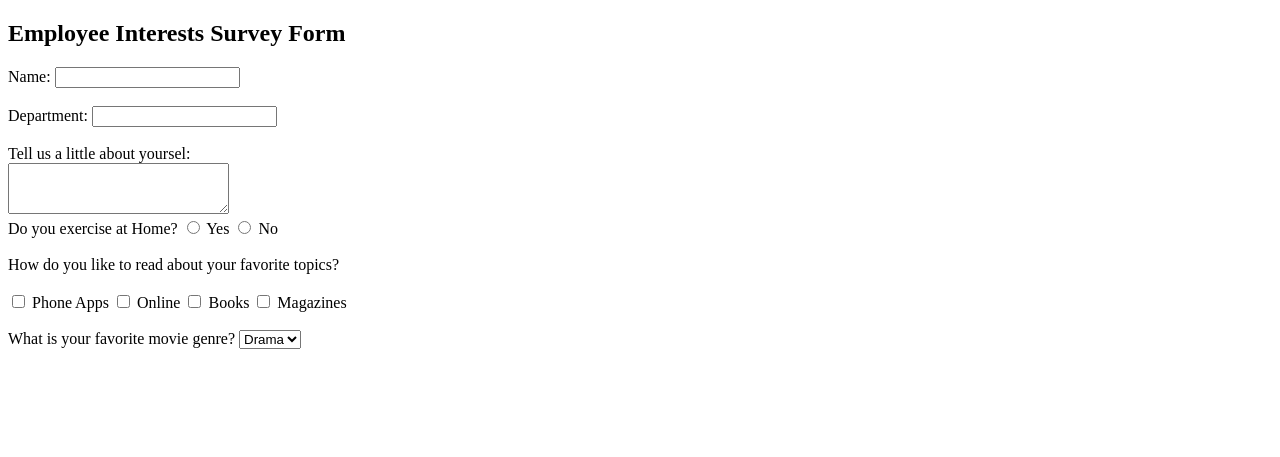
Repository: JoaoLemesDEV/Exercise-Survey-Form
Page: index.html
The author's editor kept a copy of each file at every save. The page is drawn from the files as they stood at one save, then again after a run of saves.
The browser window is 1280 px wide. The pictures show the whole page.

Above is the page before, as saved 2021-10-10 18:32:53.

### index.html
<!DOCTYPE html>
<html lang="en">
<head>
  <meta charset="UTF-8">
  <meta http-equiv="X-UA-Compatible" content="IE=edge">
  <meta name="viewport" content="width=device-width, initial-scale=1.0">
  <title>Survey Form</title>
</head>
<body>
  <form action="">
  <h2>Employee Interests Survey Form</h2>
  <label for="name">Name: </label>
  <input type="text" name="name" id=""><br><br>
  <label for="dep">Department:</label>
  <input type="text" name="dep" id=""><br><br>
  <label for="comment">Tell us a little about yoursel:</label><br>
  <textarea name="comment" id="comment" cols="25" rows="3"></textarea><br>
  <label for="question01">Do you exercise at Home?</label>
    <input type="radio" name="question01" id="question01">
      <label for="question01">Yes</label>
    <input type="radio" name="question01" id="question01">
      <label for="question01">No</label><br><br>
  <label for="">How do you like to read about your favorite topics?</label><br><br>
  <input type="checkbox" name="" id="">
    <label for="">Phone Apps</label>
  <input type="checkbox" name="" id="">
    <label for="">Online</label>
  <input type="checkbox" name="" id="">
    <label for="">Books</label>
  <input type="checkbox" name="" id="">
    <label for="">Magazines</label><br><br>
  <label for="">What is your favorite movie genre?</label>
  <select name="" id="">
    <option value="">Drama</option>
    <option value="">Terror</option>
    <option value=""></option>
  </select>
</form>
</body>
</html>

After the next 4 saves:
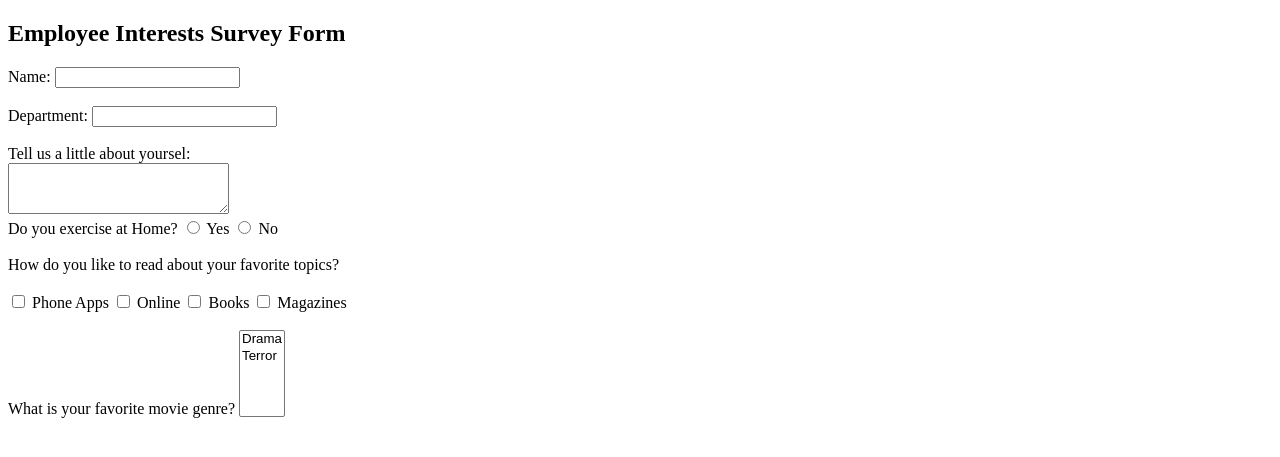
The 4 saves are shown as one change because they came seconds apart.
The last was saved 10 s later.
--- a/index.html
+++ b/index.html
@@ -30,7 +30,7 @@
   <input type="checkbox" name="" id="">
     <label for="">Magazines</label><br><br>
   <label for="">What is your favorite movie genre?</label>
-  <select name="" id="">
+  <select name="" id="" size="5">
     <option value="">Drama</option>
     <option value="">Terror</option>
     <option value=""></option>

After the save that followed:
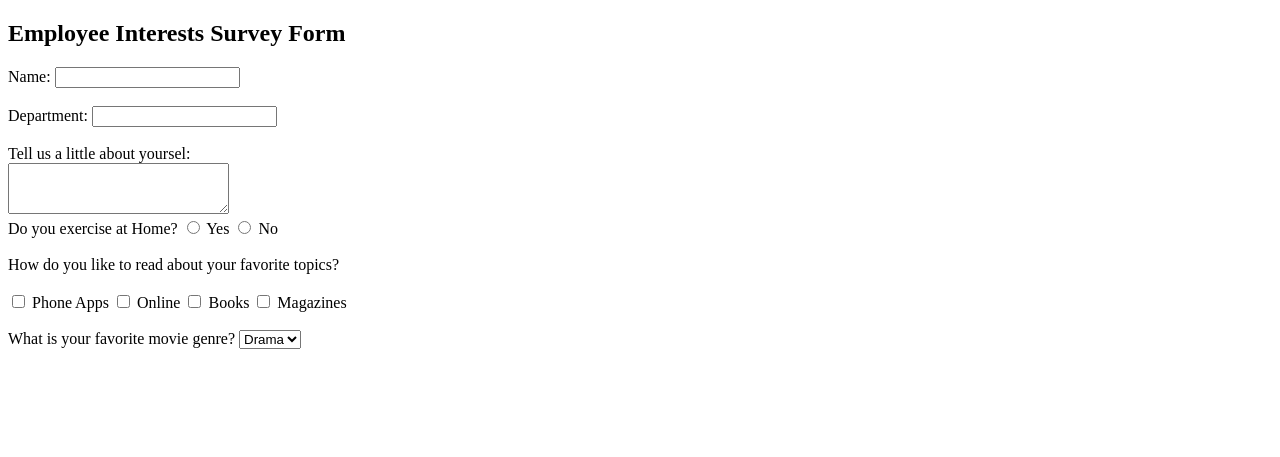
Saved 6 s later.
--- a/index.html
+++ b/index.html
@@ -30,7 +30,7 @@
   <input type="checkbox" name="" id="">
     <label for="">Magazines</label><br><br>
   <label for="">What is your favorite movie genre?</label>
-  <select name="" id="" size="5">
+  <select name="" id="">
     <option value="">Drama</option>
     <option value="">Terror</option>
     <option value=""></option>
